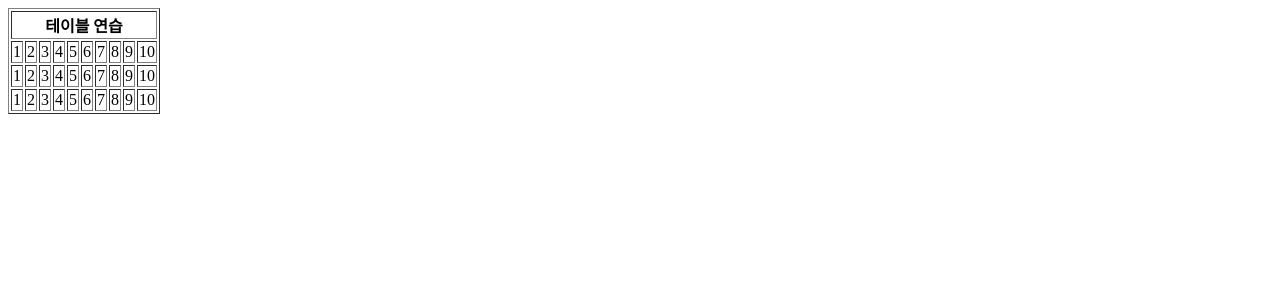
Repository: KimMinseooo/itwillStudy
Page: BACKEND/JSP/workspace_jsp/StudyJavascript/src/main/webapp/js04_1031/test11.html
The author's editor kept a copy of each file at every save. The page is drawn from the files as they stood at one save, then again after the next save.
The browser window is 1280 px wide. The pictures show the whole page.

Above is the page before, as saved 2024-10-31 01:58:21.

### BACKEND/JSP/workspace_jsp/StudyJavascript/src/main/webapp/js04_1031/test11.html
<!DOCTYPE html>
<html>
<head>
<meta charset="UTF-8">
<title>Insert title here</title>
<script type="text/javascript">

/*

	[ while 문 ]
	- for문과 달리 조건식의 위치만 정해져 있고
	  나머지 요소 (초기식, 증감식 => 생략도 가능)의 위치는 개발자가 임의로 지정하는 반복문
	- 주로 , 반복 횟수가 정해져 있지 않고 , 상황에 따른 반복을 수행할 때 주로 사용
	< 기본 문법 >

	[초기식(1);] =>초기식은 while문보다 위(앞)쪽에 위치

	while (조건식(2)) {
		[증감식(4)]
		(3) 조건식 판별 결과가 true일 경우 반복 수행
		[증감식(4)]
	}

*
*/

// 	let i =0;
// 	while (i<3) {
// 		document.write(i +": Hello, World!<br>");
// 		i++;

// 	}
// 	document.write("<hr>");





</script>
</head>
<body>

	<table border="1" id="table">
		<tr>
			<th colspan="10">테이블 연습</th>
		</tr>
		<tr>
			<td>1</td>
			<td>2</td>
			<td>3</td>
			<td>4</td>
			<td>5</td>
			<td>6</td>
			<td>7</td>
			<td>8</td>
			<td>9</td>
			<td>10</td>
		</tr>

		<script>
		document.write("<tr>");
		for (let i=0;i<10;i++) {
			document.write(`<td>${i+1}</td>`);
		}
		document.write("</tr>");

		let i=0;
		document.write("<tr>");

		while (i<10) {
			document.write(`<td>${i+1}</td>`);
			i++;
		}
		document.write("</tr>");
		</script>

	</table>







</body>
</html>

After the next save:
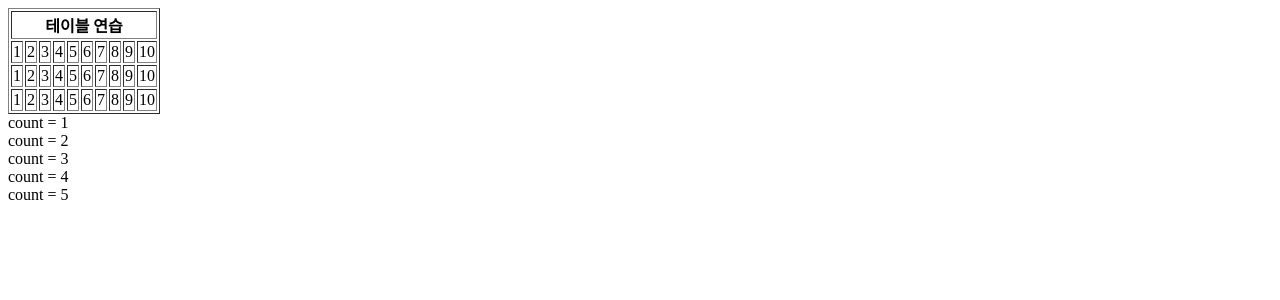
Saved 24 min 37 s later.
--- a/BACKEND/JSP/workspace_jsp/StudyJavascript/src/main/webapp/js04_1031/test11.html
+++ b/BACKEND/JSP/workspace_jsp/StudyJavascript/src/main/webapp/js04_1031/test11.html
@@ -64,9 +64,9 @@
 		}
 		document.write("</tr>");
 
+
 		let i=0;
 		document.write("<tr>");
-
 		while (i<10) {
 			document.write(`<td>${i+1}</td>`);
 			i++;
@@ -76,7 +76,27 @@
 
 	</table>
 
+	<script type="text/javascript">
+		// 무한 루프
+		// for문 또는 while문에서 조건식에 true 지정 시 무한 반복을 수행하는 무한 루프 구현 가능
+		// => 단, 반복을 종료하려면 반복문 내에서 if문 등을 통해 등적 조건 만족 시
+		// break 문을 통해 반복문 종료 가능
 
+		let count = 1;
+
+		while (true) {
+
+			document.write("count = " +count + "<br>");
+
+			if (count >=5) {
+				break;
+			}
+			 count++;
+
+		}
+
+
+	</script>
 
 
 
